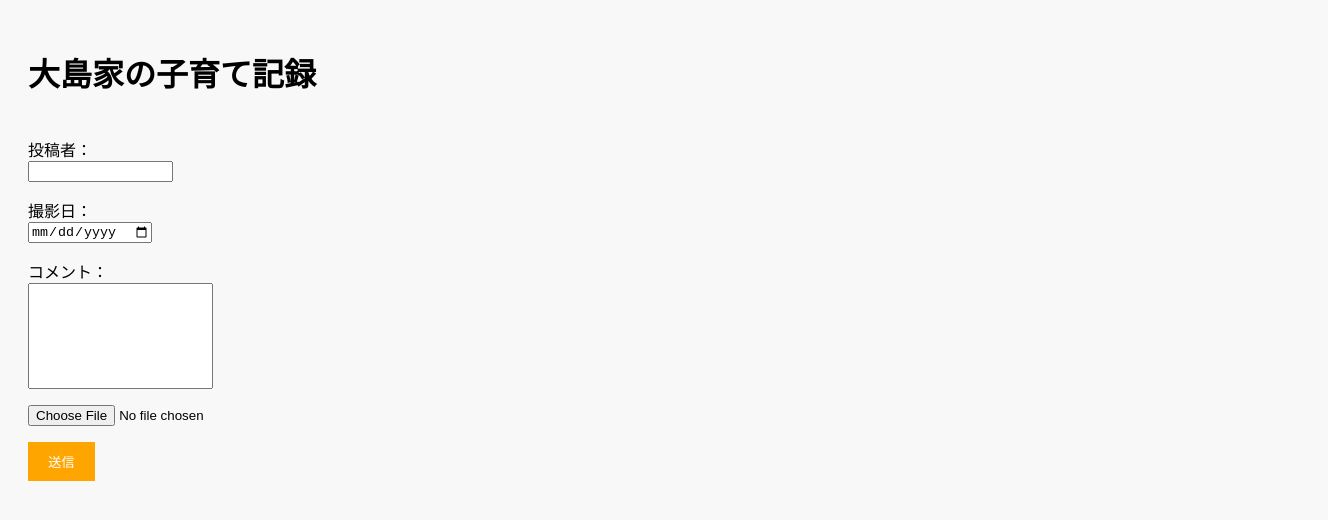
Repository: daidai0602/gs_kadai_questionnaire
Page: http://localhost/post.php
These files come from the project's save history. The page is drawn as it stood at one moment and after the next save; the edit follows.
The browser window is 1280 px wide. The page is 1328 px wide, so the pictures cover 1328 px, including what lies to the right of the window. The pictures show the whole page.
The page is run by PHP 8.4 with error messages shown; the project is at /var/www/html/.

Above is the page before, as saved 2023-11-15 23:13:03.

After the next save:
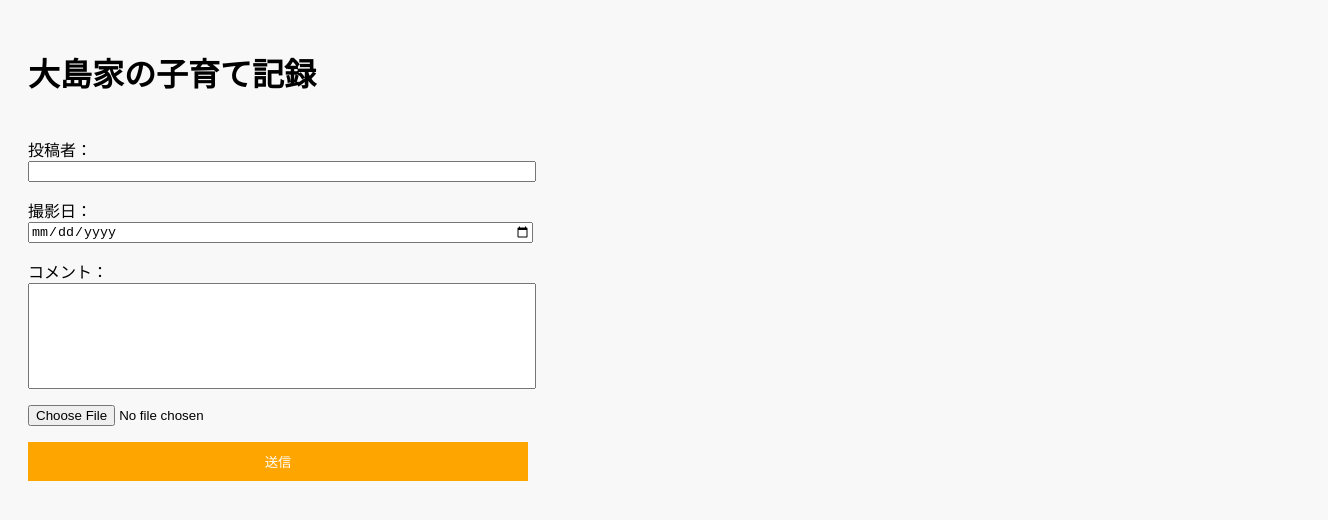
Saved 107 s later.
--- a/post.php
+++ b/post.php
@@ -14,7 +14,7 @@
     h1 {
       padding-bottom: 20px;
     }
-    input[type=text][type=textarea]{
+    input{
       width: 500px;
     }
     input[type=textarea]{
